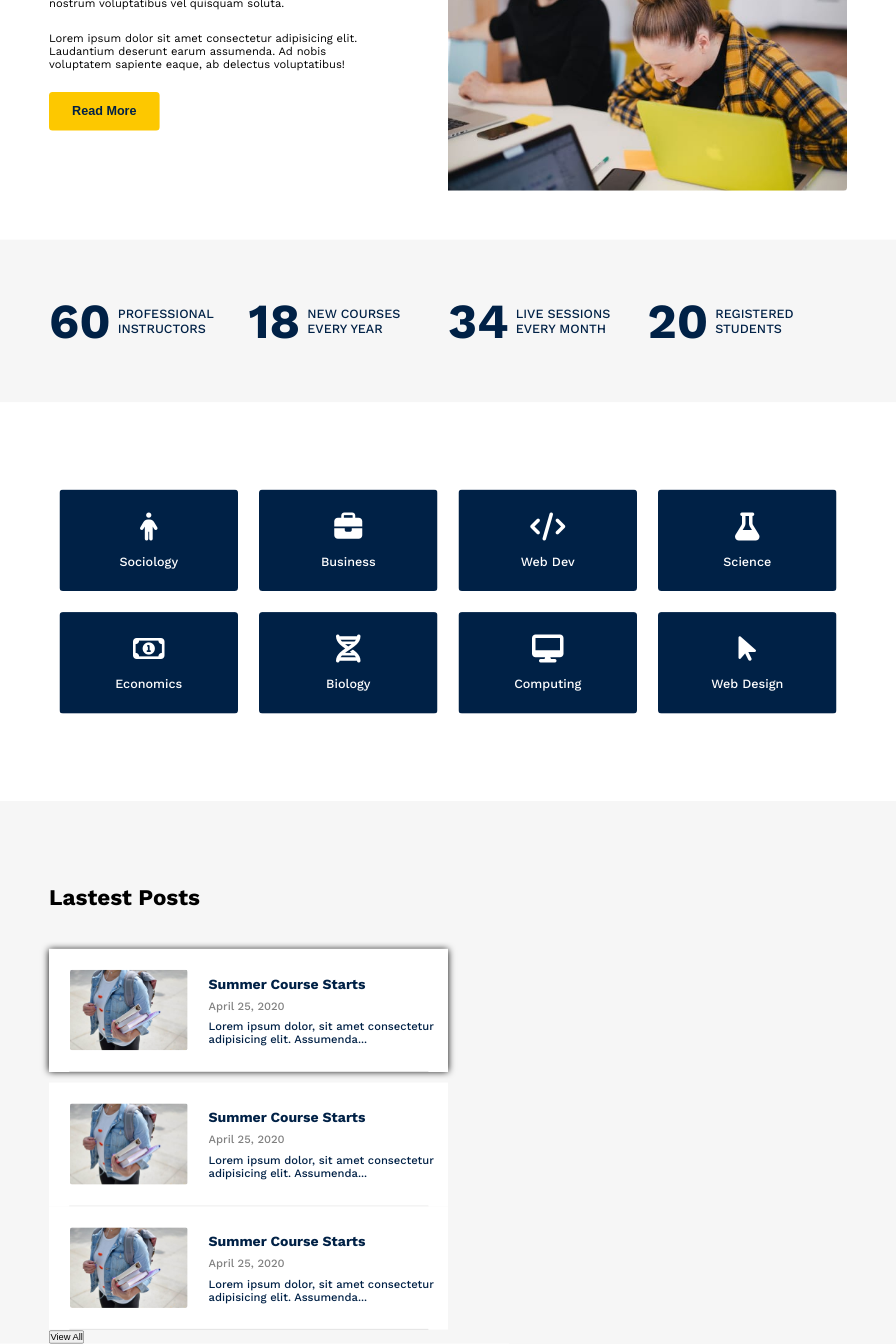
Repository: giahuy405/BC38__Mastery__Pham_Gia_Huy
Page: index.html
The author's editor kept a copy of each file at every save. The page is drawn from the files as they stood at one save, then again after the next save.
The browser window is 1280 px wide. The pictures show the part of the page from y = 888 to 2808 px (the page is 2808 px tall), at 70% of full size.
The pointer rests on the first visible `.lastest-post__item`.

Above is the page before, as saved 2022-09-10 12:46:52.

### index.html
<!DOCTYPE html>
<html lang="en">
<head>
    <meta charset="UTF-8">
    <meta http-equiv="X-UA-Compatible" content="IE=edge">
    <meta name="viewport" content="width=device-width, initial-scale=1.0">
    <title>Document</title>
    <link href="https://fonts.googleapis.com/css2?family=Montserrat:wght@300;400;500;700;900&family=Work+Sans:wght@300;400;500;700&display=swap" rel="stylesheet">
    <link rel="stylesheet" href="https://cdnjs.cloudflare.com/ajax/libs/font-awesome/6.2.0/css/all.min.css">
    <link rel="stylesheet" href="./css/index.css">
</head>
<body>
    <header>
        <div class="container">
            <i class="fa-solid fa-pen-to-square"></i>
            <div class="header__title">
                <h1>Mastery</h1>
            </div>
        </div>
    </header>
    <nav>
        <div class="container">
            <ul>
                <li><div class="wrapper"><span class="square individual"><a class="ninth before after"  href="#">Home</a></span></div></li>
                <li><div class="wrapper"><span class="square individual"><a class="ninth before after"  href="#">About</a></span></div></li>
                <li><div class="wrapper"><span class="square individual"><a class="ninth before after"  href="#">Services</a></span></div></li>
                <li><div class="wrapper"><span class="square individual"><a class="ninth before after"  href="#">Contact</a></span></div></li>
            </ul>
        </div>
    </nav>
    <div class="carousel">
        <img src="./img/carousel__website.png" alt="">
    </div>
    <div class="welcome container">
        <div class="welcome__content">
            <h1>Welcome To Our Campus</h1>
            <p>Lorem ipsum dolor sit amet consectetur adipisicing elit. Quasi est saepe possimus quisquam dolor ducimus blanditiis, eius fugit ab beatae reprehenderit, inventore earum rerum. Quis nostrum voluptatibus vel quisquam soluta.</p>

            <p>Lorem ipsum dolor sit amet consectetur adipisicing elit. Laudantium deserunt earum assumenda. Ad nobis voluptatem sapiente eaque, ab delectus voluptatibus!</p>
            <button>Read More</button>
        </div>
        <div class="welcome__img">
            <img src="./img/g1.jpg" alt="">
        </div>
        <div class="clear"></div>
    </div>
    <div class="information">
       <div class="container">
            <div class="information__content">
                <div class="information__title">
                    <h1>60</h1>
                </div>
                <div class="information__desc">
                    <p>PROFESSIONAL</p>
                    <p>INSTRUCTORS</p>
                </div>
                <div class="clear"></div>
            </div>
            <div class="information__content">
                <div class="information__title">
                    <h1>18</h1>
                </div>
                <div class="information__desc">
                    <p>NEW COURSES</p>
                    <p>EVERY YEAR</p>
                </div>
                <div class="clear"></div>
            </div>
            <div class="information__content">
                <div class="information__title">
                    <h1>34</h1>
                </div>
                <div class="information__desc">
                    <p>LIVE SESSIONS</p>
                    <p>EVERY MONTH</p>
                </div>
                <div class="clear"></div>
            </div>
            <div class="information__content">
                <div class="information__title">
                    <h1>20</h1>
                </div>
                <div class="information__desc">
                    <p>REGISTERED</p>
                    <p>STUDENTS</p>
                </div>
                <div class="clear"></div>
            </div>
            <div class="clear"></div>
       </div>
    </div>
    <div class="cards">
        <div class="container">
            <div class="cards-top">
                <div class="card">
                    <a href="#">
                        <div class="card__item">
                            <i class="fa-solid fa-person"></i>
                            <p>Sociology</p>
                        </div>
                    </a>
                </div>
                <div class="card">
                    <a href="#">
                        <div class="card__item">
                            <i class="fa-solid fa-briefcase"></i>
                            <p>Business</p>
                        </div>
                    </a>
                </div>
                <div class="card">
                   <a href="#">
                        <div class="card__item">
                            <i class="fa-solid fa-code"></i>
                            <p>Web Dev</p>
                        </div>
                   </a>
                </div>
                <div class="card">
                   <a href="#">
                        <div class="card__item">
                            <i class="fa-solid fa-flask"></i>
                            <p>Science</p>
                        </div>
                   </a>
                </div>
                <div class="clear"></div>
            </div>
            <div class="card-bottom">
                <div class="card">
                    <a href="#">
                        <div class="card__item">
                            <i class="fa-regular fa-money-bill-1"></i>
                            <p>Economics</p>
                        </div>
                    </a>
                </div>
                <div class="card">
                   <a href="#">
                        <div class="card__item">
                            <i class="fa-solid fa-dna"></i>
                            <p>Biology</p>
                        </div>
                   </a>
                </div>
                <div class="card">
                    <a  href="#">
                        <div class="card__item">
                            <i class="fa-solid fa-desktop"></i>
                            <p>Computing</p>
                        </div>
                    </a>
                </div>
                <div class="card">
                    <a href="#">
                        <div class="card__item">
                            <i class="fa-solid fa-arrow-pointer"></i>
                            <p>Web Design</p>
                        </div>
                    </a>
                </div>
                <div class="clear"></div>
            </div>
        </div>
    </div>
    <div class="news">
        <div class="container">
            <div class="news__lastest-post">
                <h1>Lastest Posts</h1>
                <div class="lastest-post__items">
                    <div class="lastest-post__item">
                        <a href="#">
                            <img src="./img/g9.jpg" alt="">
                            <div class="lastest-post__desc">
                                <h2 >Summer Course Starts</h2>
                                <p class="lastest-post__time">April 25, 2020</p>
                                <p>Lorem ipsum dolor, sit amet consectetur adipisicing elit. Assumenda...</p>
                            </div>
                            <div class="clear"></div>
                        </a>
                        <hr noshade >
                    </div>
                    <div class="lastest-post__item">
                        <a href="#">
                            <img src="./img/g9.jpg" alt="">
                            <div class="lastest-post__desc">
                                <h2>Summer Course Starts</h2>
                                <p class="lastest-post__time">April 25, 2020</p>
                                <p>Lorem ipsum dolor, sit amet consectetur adipisicing elit. Assumenda...</p>
                            </div>
                            <div class="clear"></div>
                        </a>
                        <hr noshade >
                    </div>

                    <div class="lastest-post__item">
                        <a href="#">
                            <img src="./img/g9.jpg" alt="">
                            <div class="lastest-post__desc">
                                <h2>Summer Course Starts</h2>
                                <p class="lastest-post__time">April 25, 2020</p>
                                <p>Lorem ipsum dolor, sit amet consectetur adipisicing elit. Assumenda...</p>
                            </div>
                            <div class="clear"></div>
                        </a>
                        <hr noshade >
                    </div>

                </div>
                <button>View All</button>
            </div>
            <div class="news__upcoming__events">

            </div>
            <div class="clear"></div>
        </div>
    </div>

</body>
</html>

### css/index.css
*{
    padding: 0;
    margin: 0;
    box-sizing: border-box;
}
.clear{
    clear: both;
}
html{
    font-size: 16px;
    font-family: 'Work Sans', sans-serif;
}
.container{
    width: 1140px;
    margin: 0 auto;
}
header{
    position: relative;
    margin-top: 15px;
}
.header__title{
    display: inline-block;
     position: absolute;
     top: -4px;
    left: 160px;
}
.header__title h1{
    font-size: 35px;
    color: #1b1d2d;
}
header i{
    background-color: #002146;
    height: 36px;
    width: 36px;
    border-radius: 50%;
    color: #fdc800;
    text-align: center;
    padding-top: 9px;

}
nav ul{
    list-style: none;
    margin-top: 15px;
    margin-left: 18px;

}
nav li{
    display: inline;
    margin-right: 30px;
}

 /*  Hover for Navigation bar */
.wrapper{
    margin:2em 0;
    display: inline;
    font-size: 7px;
}
 a, a:visited, a:hover, a:active{
    -webkit-backface-visibility:hidden;
            backface-visibility:hidden;
      position:relative;
    transition:0.5s color ease;
      text-decoration:none;
      color:#002146;
      font-size:2px;
      font-weight: 500;
}
 a:hover{
    color:#fdc800;
}
 a.before:before, a.after:after{
content: "";
transition:0.5s all ease;
-webkit-backface-visibility:hidden;
        backface-visibility:hidden;
position:absolute;
}
 a.before:before{
top:-0.25em;
}
 a.after:after{
bottom:-0.25em;
}
 a.before:before, a.after:after{
height:5px;
height:0.2rem;
width:0;
background:#fdc800;
}
 a.first:after{
left:0;
}
 a.second:after{
right:0;
}
 a.third:after, a.sixth:before, a.sixth:after{
left:50%;
-webkit-transform:translateX(-50%);
        transform:translateX(-50%);
}
a.fourth:before, a.fourth:after{
left:0;
}
 a.fifth:before, a.fifth:after{
right:0;
}
 a.seventh:before{
right:0;
}
 a.seventh:after{
left:0;
}
 a.eigth:before{
left:0;
}
 a.eigth:after{
right:0;
}
a.before:hover:before, a.after:hover:after{
width:100%;
}
.square{
box-sizing:border-box;
margin-left:-0.4em;
position:relative;
font-size:2.5em;
overflow:hidden;
}
.square a{
position:static;
font-size:100%;
padding:0.2em 0.4em;
}
.square:before,.square:after{
content: "";
box-sizing:border-box;
transition:0.25s all ease;
-webkit-backface-visibility:hidden;
        backface-visibility:hidden;
position:absolute;
width: 5px;
width:0.2rem;
height:0;
background:#fdc800;
}
.square:before{
left:0;
bottom:-0.2em;
}
.square.individual:before{
transition-delay:0.6s;
}
.square:after{
right:0;
top:-0.2em;
}
.square.individual:after{
transition-delay:0.2s;
}
.square a:before{
left:0;
transition:0.25s all ease;
}
.square a:after{
right:0;
transition:0.25s all ease;
}
.square.individual a:after{
transition:0.25s all ease 0.4s;
}
.square:hover:before,.square:hover:after{
height:calc(100% + 0.4em);
}
.square:hover  a:before,.square:hover a:after{
width:100%;
}


/* CAROUSEL / SLIDER */
.carousel{
    width: 100%;
    margin-top: 20px;
}
.carousel img{
max-width: 100%;
height: 597px;
}


/* create WELCOME */
.welcome{
    margin-top: 62px;
    margin-bottom: 66px;
}
.welcome__content h1{
    margin-bottom: 20px;
    color: #1b1d2d;
}
.welcome__content{
    padding-right: 80px;
}
.welcome__content p{
    margin-bottom: 30px;
}
.welcome__content button{
    padding: 17px 33px;
    font-size: 18px;
    font-weight:700;
    color: #002146;
    background-color: #fdc800;
    border: none;
    border-radius: 5px;
    cursor: pointer;
    transition: all 0.2s;
}
.welcome__content button:hover{
    background-color: #002146;
    color: #fdc800;
    box-shadow: 5px 5px 10px black;
}
.welcome__content,.welcome__img{
    width: 50%;
    float: left;
}
.welcome__img img{
    width: 100%;
    border-top-right-radius: 5px;
    border-bottom-right-radius: 5px;
}


/* create INFORMATION  */
.information{
    background-color: #f6f6f6;
    padding: 75px 0;
    margin-bottom: 110px;
}
.information__content{
    float: left;
    width: 25%;
}
.information__content h1{
    display: inline-block;
    font-size: 70px;
    color: #002146;

}
.information__title,.information__desc{
    float: left;
}
.information__desc p:first-child{
    margin-top:20px;
}
.information__desc p{
    margin-left: 10px;
    font-size: 18px;
    color: #002146;
    font-weight: 500;
}


/* create CARDS */
.cards{
    margin-bottom: 110px;
}
.card{
    float: left;
    width: 25%;
    text-align: center;
    padding: 15px;
}
.card__item{
    background-color: #002146;
    padding: 32px 50px;
    border-radius: 5px;
}
.card__item i{
    color: white;
    font-size: 40px;
}
.card__item p{
    color: white;
    font-size: 18px;
    margin-top: 20px;
}
.card a{
    cursor: pointer;
    transition: all 0.2s;
}
.card a:hover{
    opacity: 0.7;
}
.card:hover{
    box-shadow: 1px 1px 10px  black;
    border-radius: 5px;
}


/* NEWS */
.news{
    padding-top: 118px;
    background-color: #f6f6f6;
}
.news h1:first-child{
    margin-bottom: 55px;
}
.news__lastest-post,.news__upcoming__events{
    float: left;
    width: 50%;
}
.lastest-post__item{
    background-color: white;
}
.lastest-post__item img{
    width: 158px;
    border: 30px solid transparent;
    border-radius: 33px;
}
.lastest-post__item a img{
    float: left;
    width: 40%;
}
.lastest-post__desc{
    float: left;
    width: 60%;
    padding-top: 38px;
}
.lastest-post__item hr{
    width:90%;
    margin: 0 auto;
    background-color: rgb(218, 218, 218);
    height: 1px;
    border: none;
}
.lastest-post__item a{
    font-size: 20px;
    color: #002146;
}

.lastest-post__item a .lastest-post__desc  h2{
    font-size: 20px;
}
.lastest-post__item a .lastest-post__desc p{
    font-size: 16px;
}
 .lastest-post__time{
    font-size: 16px;
    color: gray;
    margin: 10px 0;
}
.lastest-post__item:hover{
    box-shadow: 0px 0px 10px black;
    margin-bottom: 15px;
    margin-top: 15px;
    transition: all 0.25s;
}

After the next save:
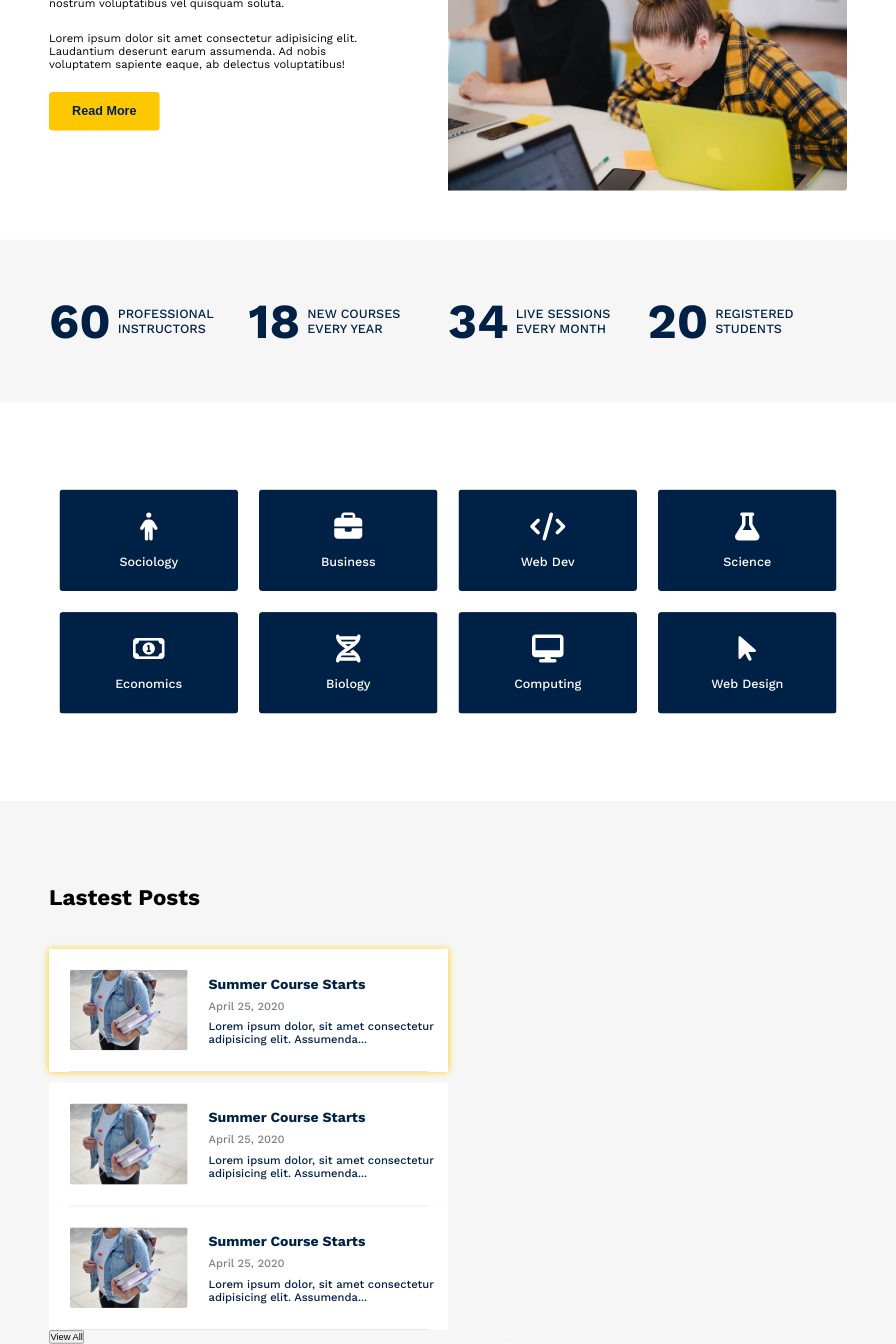
Saved 23 s later.
--- a/css/index.css
+++ b/css/index.css
@@ -349,7 +349,7 @@
     margin: 10px 0;
 }
 .lastest-post__item:hover{
-    box-shadow: 0px 0px 10px black;
+    box-shadow: 0px 0px 10px #fdc800;
     margin-bottom: 15px;
     margin-top: 15px;
     transition: all 0.25s;

After the 3 saves that followed:
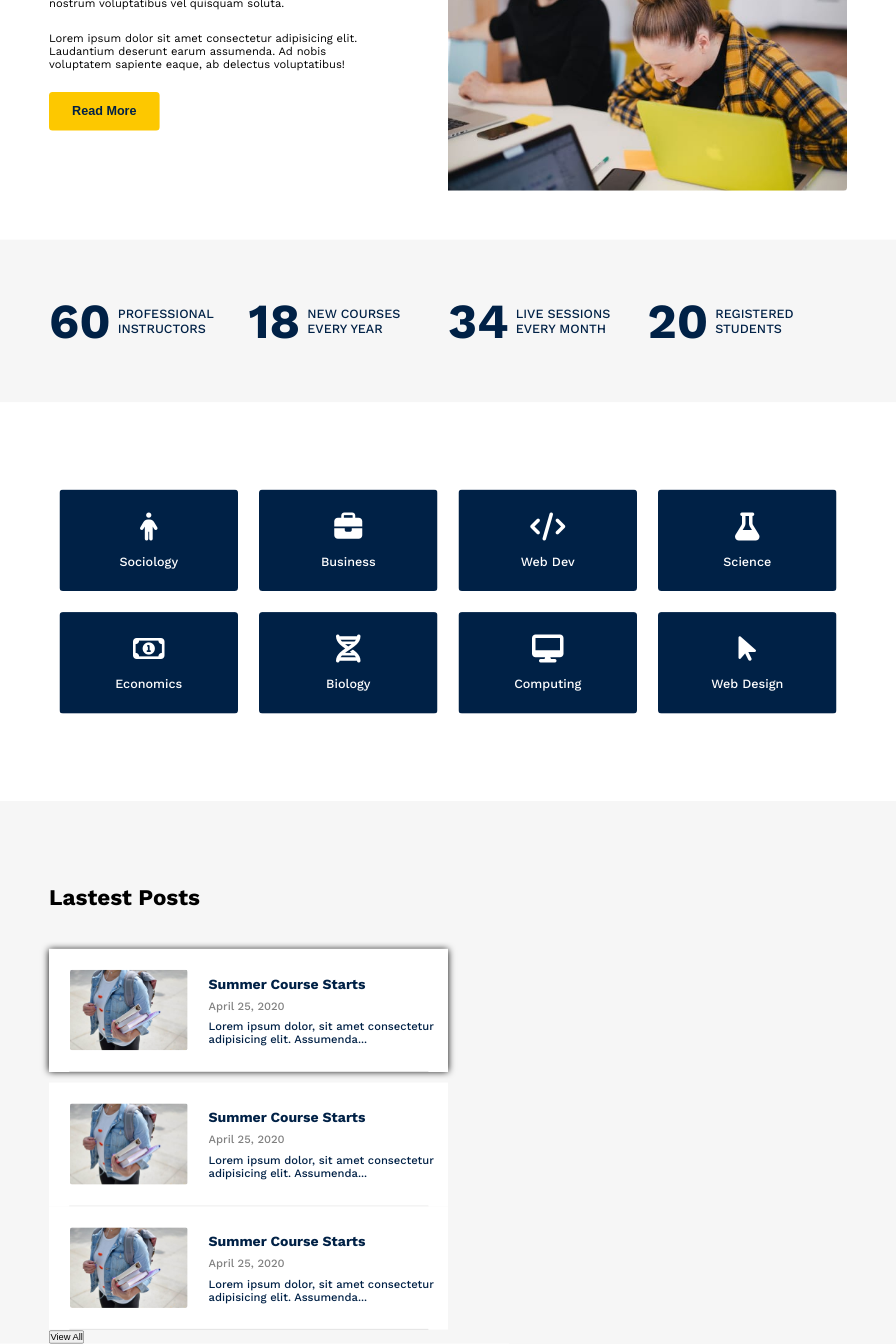
The 3 saves are shown as one change because they came seconds apart.
The last was saved 11 s later.
--- a/css/index.css
+++ b/css/index.css
@@ -349,7 +349,7 @@
     margin: 10px 0;
 }
 .lastest-post__item:hover{
-    box-shadow: 0px 0px 10px #fdc800;
+    box-shadow: 0px 0px 10px black;
     margin-bottom: 15px;
     margin-top: 15px;
     transition: all 0.25s;
